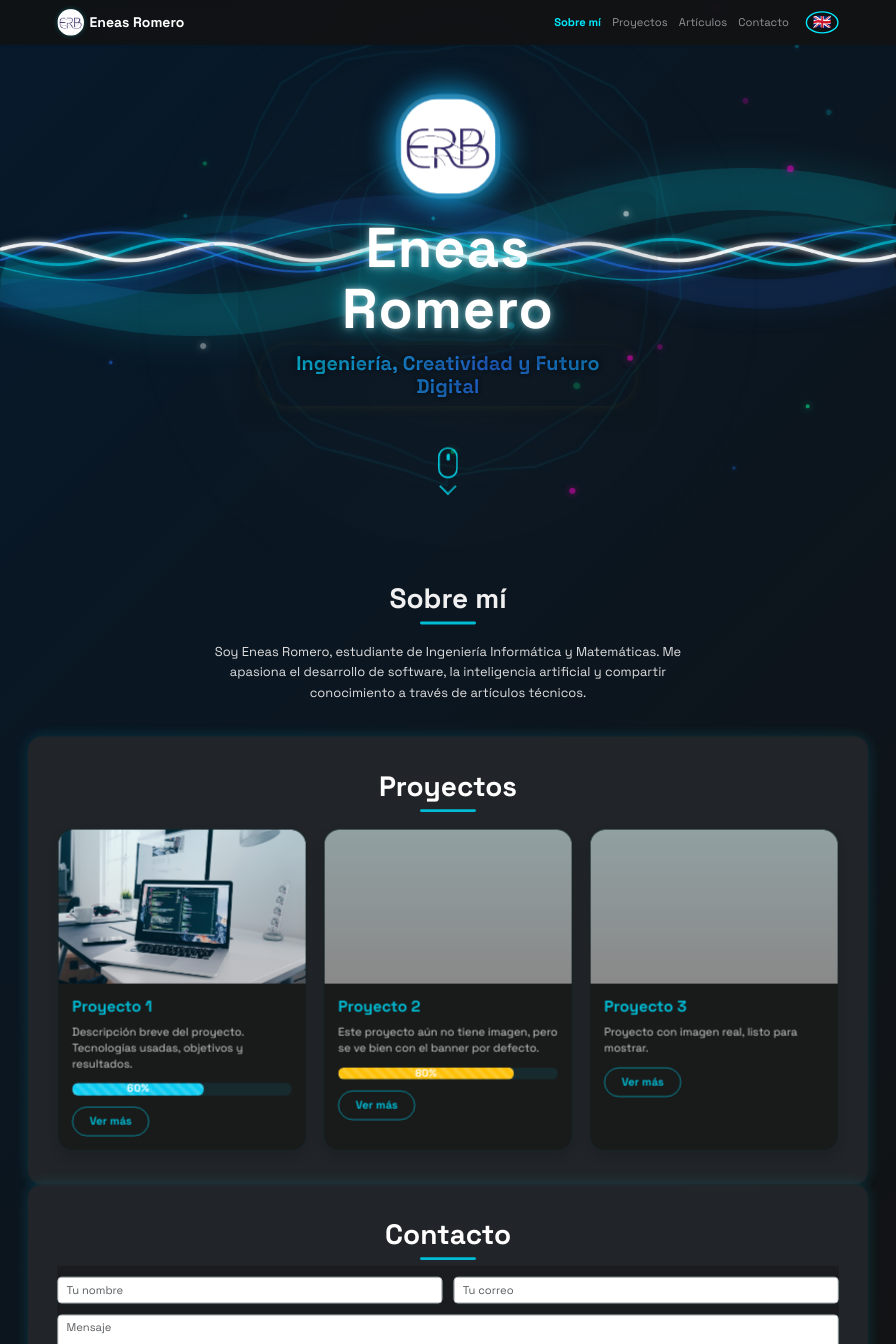
Repository: enerombar/enerombar.github.io
Page: index.html
The author's editor kept a copy of each file at every save. The page is drawn from the files as they stood at one save, then again after the next save.
The browser window is 1280 px wide. The pictures show the part of the page from y = 0 to 1920 px (the page is 2225 px tall before and 2801 px after), at 70% of full size.
Pictures or frames that could not be fetched are drawn as grey boxes. Some web libraries are served in a nearby version.

Above is the page before, as saved 2025-06-27 01:59:08.
Console error: SyntaxError: Identifier 'translations' has already been declared

### index.html
<!DOCTYPE html>
<html lang="es">
<head>
  <meta charset="UTF-8" />
  <meta name="viewport" content="width=device-width, initial-scale=1" />
  <title>Eneas Romero - Portfolio</title>

  <!-- Google Fonts -->
  <link href="https://fonts.googleapis.com/css2?family=Space+Grotesk:wght@400;700&display=swap" rel="stylesheet" />

  <!-- Bootstrap -->
  <link href="https://cdn.jsdelivr.net/npm/bootstrap@5.3.0/dist/css/bootstrap.min.css" rel="stylesheet" />

<!-- AOS Animations -->
<link href="https://cdn.jsdelivr.net/npm/aos@2.3.4/dist/aos.css" rel="stylesheet" />


  <!-- FontAwesome Icons -->
  <script src="https://kit.fontawesome.com/2dd1da6546.js" crossorigin="anonymous"></script>

  <!-- Custom CSS -->
  <link href="styles.css" rel="stylesheet" />
  <!-- Elimina Particles.js -->
  <!-- <script src="https://cdn.jsdelivr.net/npm/particles.js@2.0.0/particles.min.js"></script> -->
</head>
<body>
  <!-- Pantalla de carga -->
  <div id="loading-screen">
    <div class="spinner"></div>
  </div>
  <!-- Fondo animado canvas -->
  <canvas id="background-canvas"></canvas>
  <!-- NAVBAR -->
  <nav class="navbar navbar-expand-lg navbar-dark bg-dark fixed-top shadow-sm" style="backdrop-filter: blur(8px); background:rgba(18,18,18,0.85)!important;">
    <div class="container">
      <a class="navbar-brand fw-bold d-flex align-items-center gap-2" href="index.html">
        <img src="img/logo.png" alt="Logo" style="height:38px;width:38px;border-radius:50%;background:#fff;padding:3px;box-shadow:0 0 8px #00eaff44;">
        Eneas Romero
      </a>
      <button class="navbar-toggler" type="button" data-bs-toggle="collapse" data-bs-target="#navbarNav"
        aria-controls="navbarNav" aria-expanded="false" aria-label="Toggle navigation">
        <span class="navbar-toggler-icon"></span>
      </button>

      <div class="collapse navbar-collapse justify-content-end" id="navbarNav">
        <ul class="navbar-nav align-items-center">
          <li class="nav-item">
            <a class="nav-link active" href="#hero" data-key="navAbout">Sobre mí</a>
          </li>
          <li class="nav-item">
            <a class="nav-link" href="proyectos.html" data-key="navProjectsPage">Proyectos</a>
          </li>
          <li class="nav-item">
            <a class="nav-link" href="articulos.html" data-key="navArticles">Artículos</a>
          </li>
          <li class="nav-item">
            <a class="nav-link" href="#contact" data-key="navContact">Contacto</a>
          </li>
          <li class="nav-item ms-3">
            <button id="langToggle" class="btn btn-flag" aria-label="Cambiar idioma" style="font-size:1.35rem;padding:0.2rem 0.5rem;">
              <img id="langFlag" src="img/gb.svg" alt="Cambiar idioma" style="height:24px;width:32px;object-fit:cover;">
            </button>
          </li>
        </ul>
      </div>
    </div>
  </nav>

  <!-- HERO -->
  <header id="hero" class="hero text-white d-flex align-items-center justify-content-center text-center" data-aos="fade-down"
    data-aos-duration="1500" data-aos-easing="ease-in-out" style="position:relative;z-index:1;">
    <div class="w-100 d-flex flex-column align-items-center">
      <!-- Logo centrado arriba -->
      <div class="hero-logo-wrapper">
        <img id="hero-logo" src="img/logo.png" alt="Logo Eneas Romero" style="height:130px;width:130px;max-width:130px;">
      </div>
      <!-- Título y subtítulo en recuadro -->
      <div class="hero-content-glass">
        <div class="hero-text-wrapper text-center">
          <h1 class="display-2 fw-bold hero-title" data-key="heroName">
            Eneas Romero
          </h1>
          <p class="lead hero-subtitle mb-2 text-gradient" data-key="heroSubtitle">
            Ingeniería, Creatividad y Futuro Digital
          </p>
        </div>
      </div>
      <!-- Indicador scroll animado fuera del recuadro -->
      <div class="scroll-indicator mt-4" aria-label="Desplazar hacia abajo">
        <button id="scroll-down-btn" class="scroll-mouse-btn" aria-label="Bajar a la siguiente sección">
          <span class="scroll-mouse">
            <span class="scroll-wheel"></span>
          </span>
          <span class="scroll-arrow"></span>
        </button>
      </div>
    </div>
  </header>

  <!-- SOBRE MÍ -->
  <section id="about" class="py-5" data-aos="fade-right" data-aos-duration="1200" data-aos-delay="200" style="position:relative;z-index:1;">
    <div class="container">
      <h2 class="mb-4 section-title" data-key="aboutTitle">Sobre mí</h2>
      <p class="section-text" data-key="aboutText">
        Soy Eneas Romero, estudiante de Ingeniería Informática y Matemáticas. Me apasiona el desarrollo de software,
        la inteligencia artificial y compartir conocimiento a través de artículos técnicos.
      </p>
    </div>
  </section>

  <!-- PROYECTOS -->
  <section id="projects" class="py-5 bg-dark text-white" style="position:relative;z-index:1;">
    <div class="container" data-aos="zoom-in" data-aos-duration="1500" data-aos-delay="300">
      <h2 class="mb-4 section-title" data-key="projectsTitle">Proyectos</h2>
      <div class="row g-4">

        <div class="col-md-4" data-aos="flip-left" data-aos-duration="1000" data-aos-delay="400">
          <div class="card h-100 shadow project-card elegant-card">
            <div class="project-img-wrapper">
              <img src="img/proyecto1.jpg" onerror="this.onerror=null;this.src='img/banner_default.png';"
                class="card-img-top" alt="Proyecto 1" />
              <div class="project-img-overlay"></div>
            </div>
            <div class="card-body">
              <h5 class="card-title" data-key="project1Title">Proyecto 1</h5>
              <p class="card-text" data-key="project1Desc">Descripción breve del proyecto. Tecnologías usadas, objetivos y resultados.</p>
              <!-- Barra de progreso -->
              <div class="progress mb-3 project-progress">
                <div class="progress-bar progress-bar-striped progress-bar-animated bg-info" role="progressbar" style="width: 60%;" aria-valuenow="60" aria-valuemin="0" aria-valuemax="100">60%</div>
              </div>
              <a href="#" class="btn btn-outline-primary project-btn" data-key="btnViewMore">Ver más</a>
            </div>
          </div>
        </div>

        <div class="col-md-4" data-aos="flip-left" data-aos-duration="1000" data-aos-delay="600">
          <div class="card h-100 shadow project-card elegant-card">
            <div class="project-img-wrapper">
              <img src="img/proyecto2.jpg" onerror="this.onerror=null;this.src='img/banner_default.png';"
                class="card-img-top" alt="Proyecto 2" />
              <div class="project-img-overlay"></div>
            </div>
            <div class="card-body">
              <h5 class="card-title" data-key="project2Title">Proyecto 2</h5>
              <p class="card-text" data-key="project2Desc">Este proyecto aún no tiene imagen, pero se ve bien con el banner por defecto.</p>
              <!-- Barra de progreso -->
              <div class="progress mb-3 project-progress">
                <div class="progress-bar progress-bar-striped progress-bar-animated bg-warning" role="progressbar" style="width: 80%;" aria-valuenow="80" aria-valuemin="0" aria-valuemax="100">80%</div>
              </div>
              <a href="#" class="btn btn-outline-primary project-btn" data-key="btnViewMore">Ver más</a>
            </div>
          </div>
        </div>

        <div class="col-md-4" data-aos="flip-left" data-aos-duration="1000" data-aos-delay="800">
          <div class="card h-100 shadow project-card elegant-card">
            <div class="project-img-wrapper">
              <img src="img/proyecto3.jpg" onerror="this.onerror=null;this.src='img/banner_default.png';"
                class="card-img-top" alt="Proyecto 3" />
              <div class="project-img-overlay"></div>
            </div>
            <div class="card-body">
              <h5 class="card-title" data-key="project3Title">Proyecto 3</h5>
              <p class="card-text" data-key="project3Desc">Proyecto con imagen real, listo para mostrar.</p>
              <a href="#" class="btn btn-outline-primary project-btn" data-key="btnViewMore">Ver más</a>
            </div>
          </div>
        </div>

      </div>
    </div>
  </section>

  <!-- CONTACTO -->
  <section id="contact" class="py-5 bg-dark text-white" data-aos="fade-up" data-aos-duration="1200" data-aos-delay="200" style="position:relative;z-index:1;">
    <div class="container">
      <h2 class="mb-4 section-title" data-key="contactTitle">Contacto</h2>
      <form class="contact-form-glass">
        <div class="row g-3">
          <div class="col-md-6">
            <input type="text" class="form-control" placeholder="Tu nombre" data-key-placeholder="formName" required />
          </div>
          <div class="col-md-6">
            <input type="email" class="form-control" placeholder="Tu correo" data-key-placeholder="formEmail" required />
          </div>
        </div>
        <div class="mb-3 mt-3">
          <textarea class="form-control" rows="4" placeholder="Mensaje" data-key-placeholder="formMessage" required></textarea>
        </div>
        <div class="d-flex justify-content-center">
          <button type="submit" class="btn btn-primary contact-btn" data-key="btnSend">Enviar</button>
        </div>
      </form>
    </div>
  </section>

  <!-- FOOTER -->
  <footer class="footer-glass text-center py-4 mt-5">
    <div class="container">
      <span class="text-muted">&copy; 2024 Eneas Romero. Todos los derechos reservados.</span>
    </div>
  </footer>

  <!-- Scripts Bootstrap y AOS -->
  <script src="https://cdn.jsdelivr.net/npm/bootstrap@5.3.0/dist/js/bootstrap.bundle.min.js"></script>
  <script src="https://cdn.jsdelivr.net/npm/aos@2.3.4/dist/aos.js"></script>
  <script src="scripts.js"></script>
  <script>
    window.addEventListener('load', function() {
      setTimeout(() => {
        document.getElementById('loading-screen').classList.add('hide');
      }, 200);
    });

    AOS.init({
      once: true,
      mirror: false,
    });

    // Scroll al hacer click en el indicador
    document.addEventListener('DOMContentLoaded', function() {
      const scrollBtn = document.getElementById('scroll-down-btn');
      if (scrollBtn) {
        scrollBtn.addEventListener('click', function(e) {
          e.preventDefault();
          // Busca la siguiente sección después del hero
          const nextSection = document.querySelector('section');
          if (nextSection) {
            nextSection.scrollIntoView({ behavior: 'smooth' });
          }
        });
      }
    });

    // Siempre empieza arriba al recargar el index
    document.addEventListener('DOMContentLoaded', function() {
      if (window.location.hash) {
        window.scrollTo(0, 0);
        history.replaceState(null, null, window.location.pathname);
      } else {
        window.scrollTo(0, 0);
      }
    });

    // Traducciones y lógica de idioma
    const translations = {
      en: {
        navAbout: "About me",
        navProjects: "Projects",
        navProjectsPage: "Projects",
        navArticles: "Articles",
        navContact: "Contact",
        heroName: "Eneas Romero",
        heroSubtitle: "Engineering, Creativity, and Digital Future",
        btnViewProjects: "View projects",
        aboutTitle: "About me",
        aboutText: "I am Eneas Romero, a student of Computer Engineering and Mathematics. I am passionate about software development, artificial intelligence, and sharing knowledge through technical articles.",
        projectsTitle: "Projects",
        project1Title: "Project 1",
        project1Desc: "Brief description of the project. Technologies used, objectives, and results.",
        project2Title: "Project 2",
        project2Desc: "This project doesn't have an image yet, but it looks good with the default banner.",
        project3Title: "Project 3",
        project3Desc: "Project with real image, ready to show.",
        btnViewMore: "View more",
        contactTitle: "Contact",
        formName: "Your name",
        formEmail: "Your email",
        formMessage: "Message",
        btnSend: "Send"
      },
      es: {
        navAbout: "Sobre mí",
        navProjects: "Proyectos",
        navProjectsPage: "Proyectos",
        navArticles: "Artículos",
        navContact: "Contacto",
        heroName: "Eneas Romero",
        heroSubtitle: "Ingeniería, Creatividad y Futuro Digital",
        btnViewProjects: "Ver proyectos",
        aboutTitle: "Sobre mí",
        aboutText: "Soy Eneas Romero, estudiante de Ingeniería Informática y Matemáticas. Me apasiona el desarrollo de software, la inteligencia artificial y compartir conocimiento a través de artículos técnicos.",
        projectsTitle: "Proyectos",
        project1Title: "Proyecto 1",
        project1Desc: "Descripción breve del proyecto. Tecnologías usadas, objetivos y resultados.",
        project2Title: "Proyecto 2",
        project2Desc: "Este proyecto aún no tiene imagen, pero se ve bien con el banner por defecto.",
        project3Title: "Proyecto 3",
        project3Desc: "Proyecto con imagen real, listo para mostrar.",
        btnViewMore: "Ver más",
        contactTitle: "Contacto",
        formName: "Tu nombre",
        formEmail: "Tu correo",
        formMessage: "Mensaje",
        btnSend: "Enviar"
      }
    };

    let currentLang = 'es';

    const switchLanguage = () => {
      currentLang = currentLang === 'es' ? 'en' : 'es';
      // Cambia la bandera
      document.getElementById('langFlag').src = currentLang === 'en' ? 'img/es.svg' : 'img/gb.svg';

      // Cambiar textos con data-key
      document.querySelectorAll('[data-key]').forEach(el => {
        const key = el.getAttribute('data-key');
        if (translations[currentLang] && translations[currentLang][key]) {
          el.textContent = translations[currentLang][key];
        }
      });

      // Cambiar placeholders con data-key-placeholder
      document.querySelectorAll('[data-key-placeholder]').forEach(el => {
        const key = el.getAttribute('data-key-placeholder');
        if (translations[currentLang] && translations[currentLang][key]) {
          el.setAttribute('placeholder', translations[currentLang][key]);
        }
      });
    };

    document.getElementById('langToggle').addEventListener('click', switchLanguage);

    // Al cargar la página, asegúrate de que la bandera sea la correcta
    document.addEventListener('DOMContentLoaded', function() {
      document.getElementById('langFlag').src = currentLang === 'en' ? 'img/es.svg' : 'img/gb.svg';
    });

    // Scroll al hacer click en el indicador
    document.addEventListener('DOMContentLoaded', function() {
      const scrollBtn = document.getElementById('scroll-down-btn');
      if (scrollBtn) {
        scrollBtn.addEventListener('click', function(e) {
          e.preventDefault();
          // Busca la siguiente sección después del hero
          const nextSection = document.querySelector('section');
          if (nextSection) {
            nextSection.scrollIntoView({ behavior: 'smooth' });
          }
        });
      }
    });

    // Siempre empieza arriba al recargar el index
    document.addEventListener('DOMContentLoaded', function() {
      if (window.location.hash) {
        window.scrollTo(0, 0);
        history.replaceState(null, null, window.location.pathname);
      } else {
        window.scrollTo(0, 0);
      }
    });
  </script>
</body>
</html>

Loaded but not shown: scripts.js (288 lines, source omitted); styles.css (617 lines, source omitted)

After the next save:
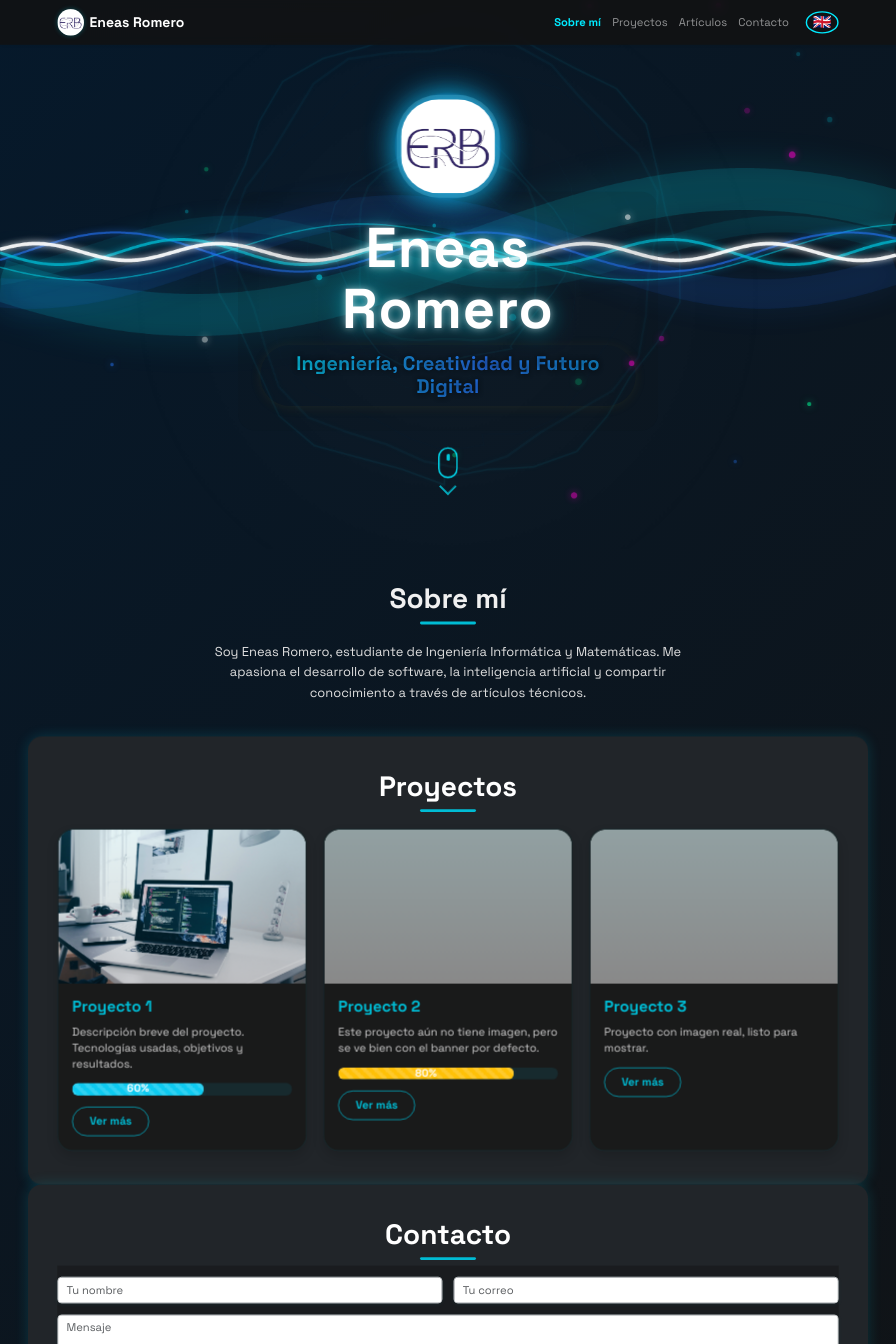
The error is gone.
Saved 2 min 41 s later.
--- a/index.html
+++ b/index.html
@@ -217,23 +217,22 @@
       mirror: false,
     });
 
-    // Scroll al hacer click en el indicador
+    // Listeners de DOMContentLoaded combinados y lógica de traducción eliminada para resolver el error.
+    // Asegúrate de que la lógica de traducción completa resida en `scripts.js`.
     document.addEventListener('DOMContentLoaded', function() {
+      // Scroll al hacer click en el indicador
       const scrollBtn = document.getElementById('scroll-down-btn');
       if (scrollBtn) {
         scrollBtn.addEventListener('click', function(e) {
           e.preventDefault();
-          // Busca la siguiente sección después del hero
           const nextSection = document.querySelector('section');
           if (nextSection) {
             nextSection.scrollIntoView({ behavior: 'smooth' });
           }
         });
       }
-    });
-
-    // Siempre empieza arriba al recargar el index
-    document.addEventListener('DOMContentLoaded', function() {
+
+      // Siempre empieza arriba al recargar el index
       if (window.location.hash) {
         window.scrollTo(0, 0);
         history.replaceState(null, null, window.location.pathname);
@@ -241,8 +240,9 @@
         window.scrollTo(0, 0);
       }
     });
-
-    // Traducciones y lógica de idioma
+  </script>
+</body>
+</html>
     const translations = {
       en: {
         navAbout: "About me",
